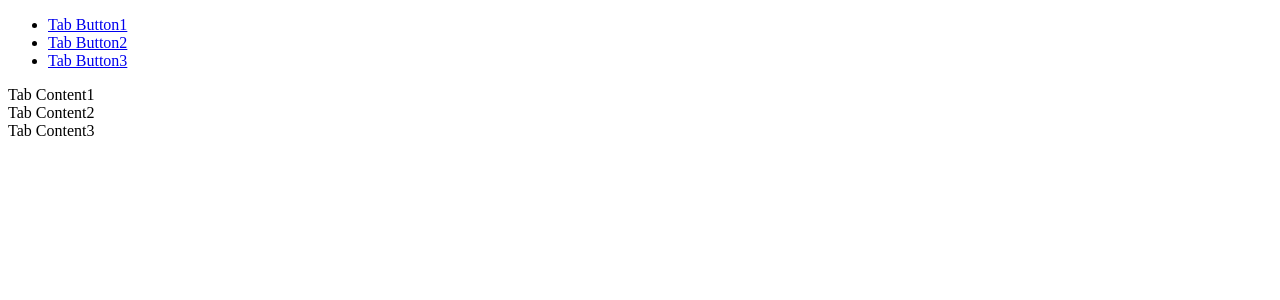
Repository: Axing00/JS_TAB_MENU
Page: tab2/index.html
An editor plug-in stored every save of this project. The page is shown before and after the next save, followed by the edit.
The browser window is 1280 px wide. The pictures show the whole page.

Above is the page before, as saved 2023-03-17 14:08:08.

### tab2/index.html
<!DOCTYPE html>
<html lang="ko">

<head>
	<meta charset="UTF-8">
	<meta http-equiv="X-UA-Compatible" content="IE=edge">
	<meta name="viewport" content="width=device-width, initial-scale=1.0">
	<title>Document</title>
</head>

<body>
	<div id="wrap">
		<div class="tab_menu">
			<!-- tab title -->
			<ul class="list">
				<li class="is_on">
					<a href="#tab1" class="btn">Tab Button1</a>
				</li>
				<li>
					<a href="#tab2" class="btn">Tab Button2</a>
				</li>
				<li>
					<a href="#tab3" class="btn">Tab Button3</a>
				</li>
			</ul>

			<!-- tab content -->
			<div class="cont_area">
				<div id="tab1" class="cont">
					Tab Content1
				</div>
				<div id="tab2" class="cont">
					Tab Content2
				</div>
				<div id="tab3" class="cont">
					Tab Content3
				</div>
			</div>

		</div>
	</div>

	<script>
		const tabList = document.querySelectorAll('.tab_menu .list li');
		const contents = document.querySelectorAll('.tab_menu .cont_area');

		let activeCont = ''; // 현재 활성화 된 컨텐츠 (기본:#tab1 활성화)

		for (var i = 0; i < tabList.length; i++) {
			tabList[i].querySelector('.btn').addEventListener('click', function (e) {
				e.preventDefault();

				for (var j = 0; j < tabList.length; j++) {
					// 나머지 버튼 클래스 제거
					tabList[j].classList.remove('is_on');

					// 나머지 컨텐츠 display:none 처리
					contents[j].style.display = 'none';
				}

				// 버튼 관련 이벤트
				this.parentNode.classList.add('is_on');

				// 버튼 클릭시 컨텐츠 전환
				activeCont = this.getAttribute('href');
				document.querySelector(activeCont).style.display = 'block';
			});
		}
	</script>
</body>

</html>

### tab2/style.css
* {
	margin: 0;
	padding: 0;
}

li {
	list-style-type: none;
}

a:link,
a:visited {
	text-decoration: none;
}

img {
	border: none;
}

header,
section,
nav,
footer {
	display: block;
}

After the next save:
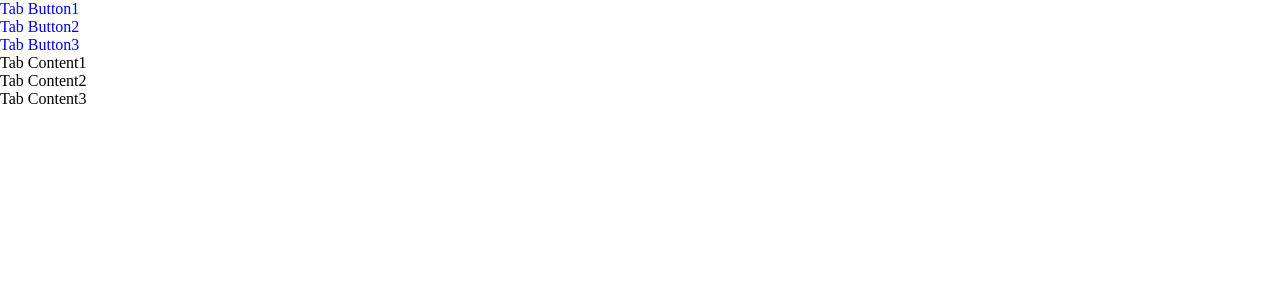
Saved 4 min 15 s later.
--- a/tab2/index.html
+++ b/tab2/index.html
@@ -5,6 +5,7 @@
 	<meta charset="UTF-8">
 	<meta http-equiv="X-UA-Compatible" content="IE=edge">
 	<meta name="viewport" content="width=device-width, initial-scale=1.0">
+	<link rel="stylesheet" href="./style.css">
 	<title>Document</title>
 </head>
 
